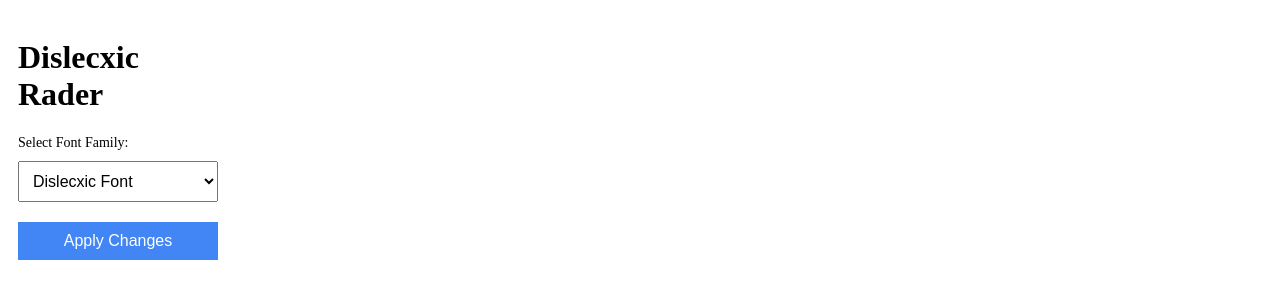
Repository: adatechschool/extension-navigateur-extension_walid_eliana_imelda
Page: Extention 3/popup.html
An editor plug-in stored every save of this project. The page is shown before and after the next save, followed by the edit.
The browser window is 1280 px wide. The pictures show the whole page.

Above is the page before, as saved 2024-01-12 12:45:13.

After the next save:
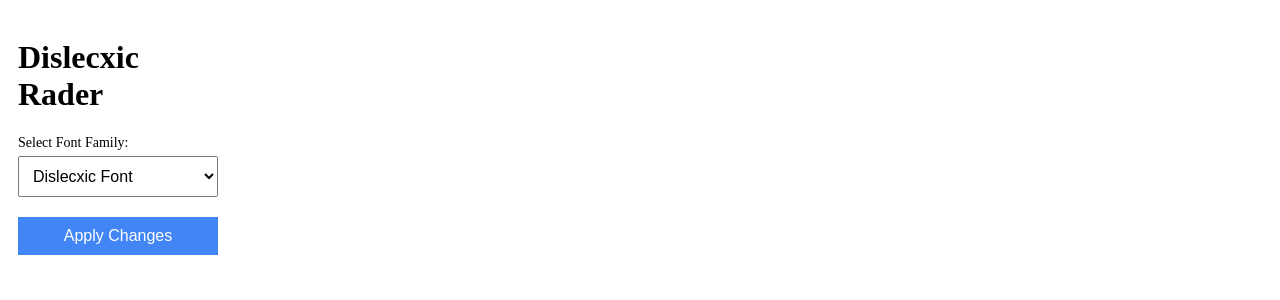
Saved 8 s later.
--- a/Extention 3/popup.css
+++ b/Extention 3/popup.css
@@ -5,7 +5,7 @@ body {
 
   label {
     display: block;
-    margin-bottom: 10px;
+    margin-bottom: 5px;
     font-size: 14px;
   }
 
